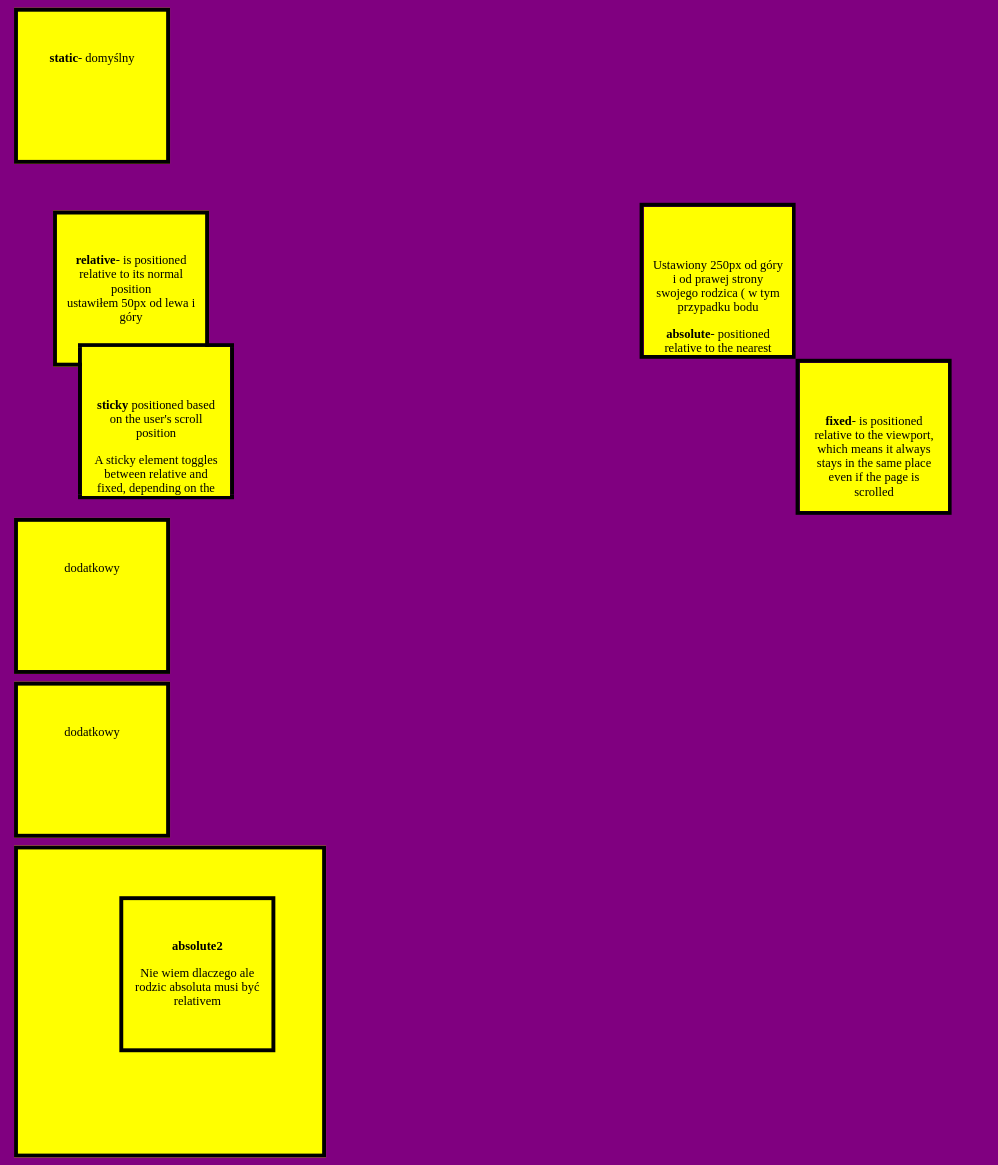
Repository: quenrythane/homepage
Page: CSS positions/CSS-positions.html
The author's editor kept a copy of each file at every save. The page is drawn from the files as they stood at one save, then again after the next save.
The browser window is 1280 px wide. The pictures show the whole page, at 78% of full size.

Above is the page before, as saved 2020-10-11 04:19:01.

After the next save:
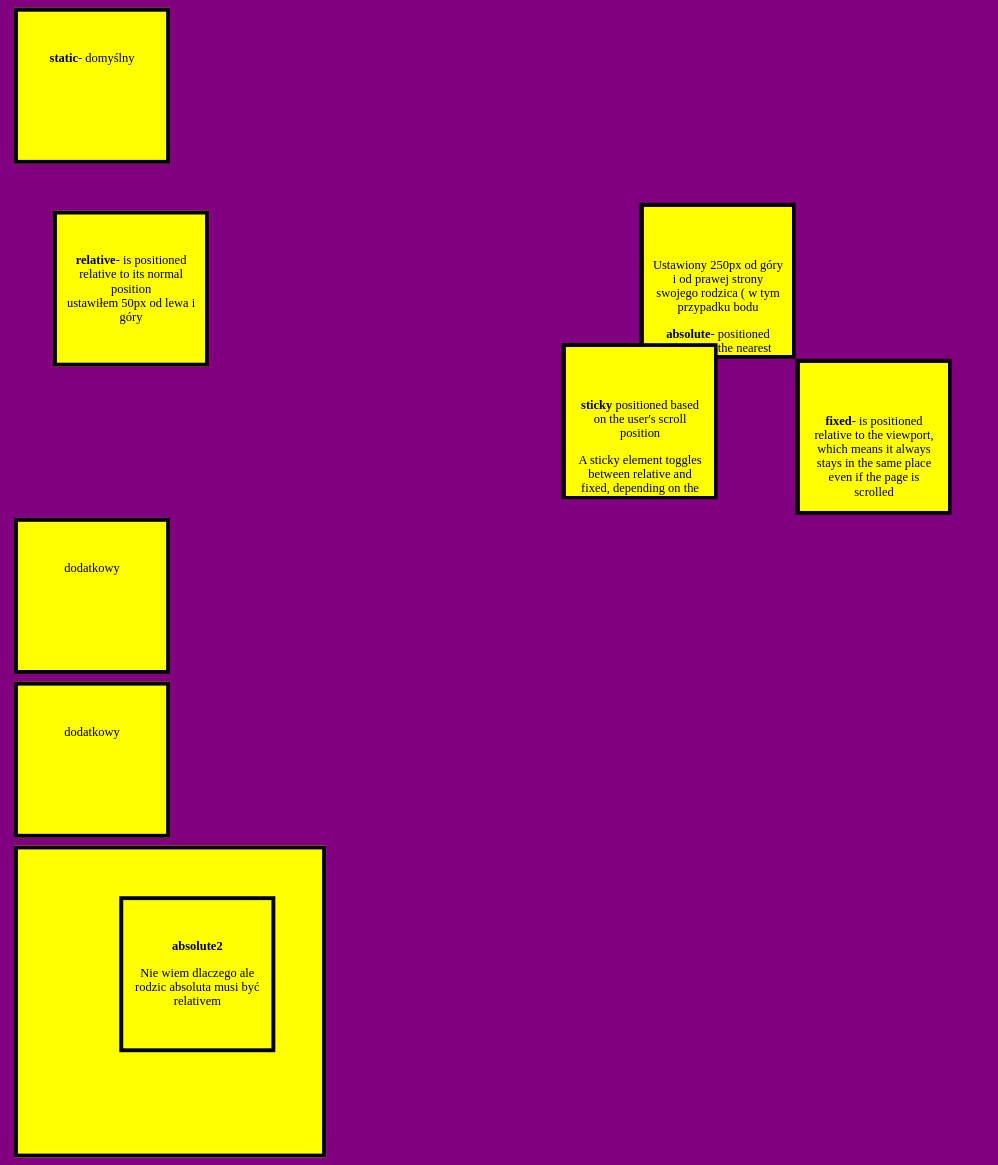
Saved 16 s later.
--- a/CSS positions/CSS-positions.css
+++ b/CSS positions/CSS-positions.css
@@ -52,6 +52,6 @@ body {
 .sticky{
     display: inline-block;
     top: 100px;
-    left: 100px;
+    left: 100vh;
     position: sticky;
 }
